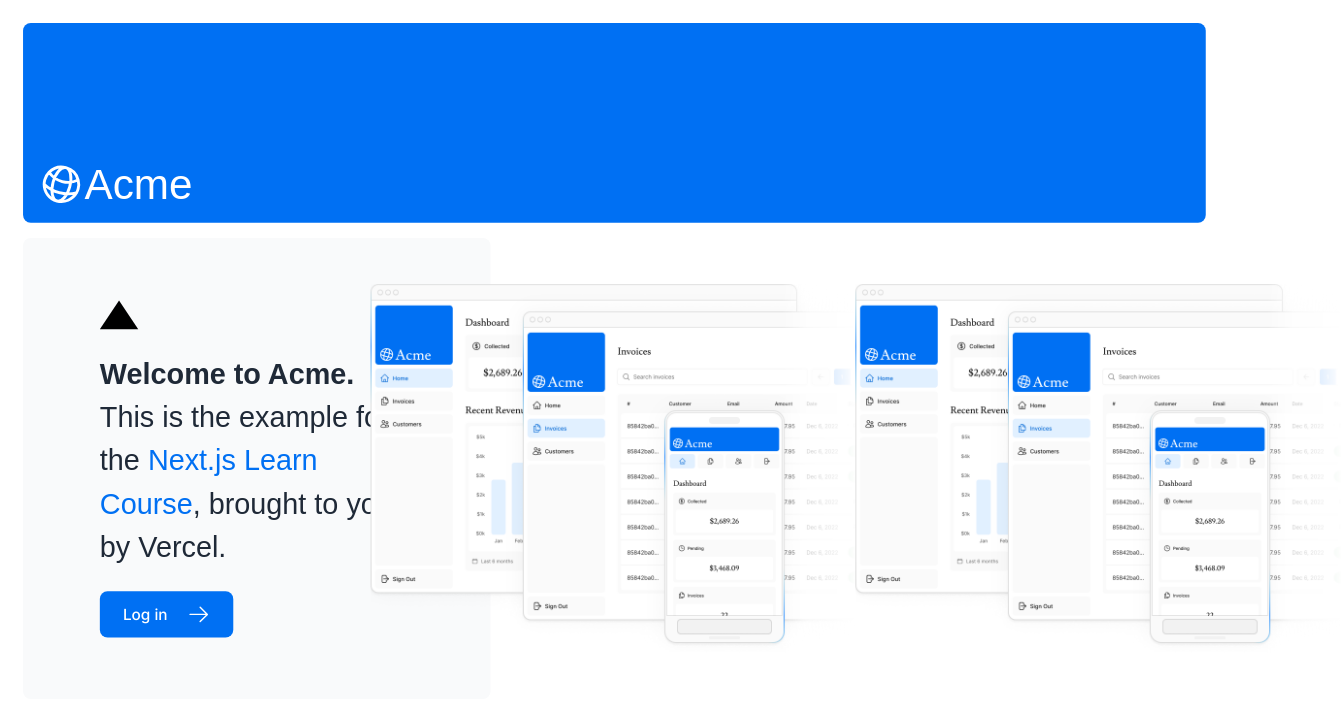
Repository: msjrdev/nextjs-dashboard
Page: /
An editor plug-in stored every save of this project. The page is shown before and after the next save, followed by the edit.
The browser window is 1280 px wide. The page is 1397 px wide, so the pictures cover 1397 px, including what lies to the right of the window. The pictures show the whole page, at 96% of full size.
Some web fonts or font styles are not loaded; a fallback is used. The project was rebuilt for these pictures with package versions that can differ from the ones it lists, and the page was loaded fresh each time. The framework's server and built-in components were replaced by stand-ins that run in the browser. Also part of the build but not shown: next.config.js.

Above is the page before, as saved 2024-01-04 22:16:26.

After the next save:
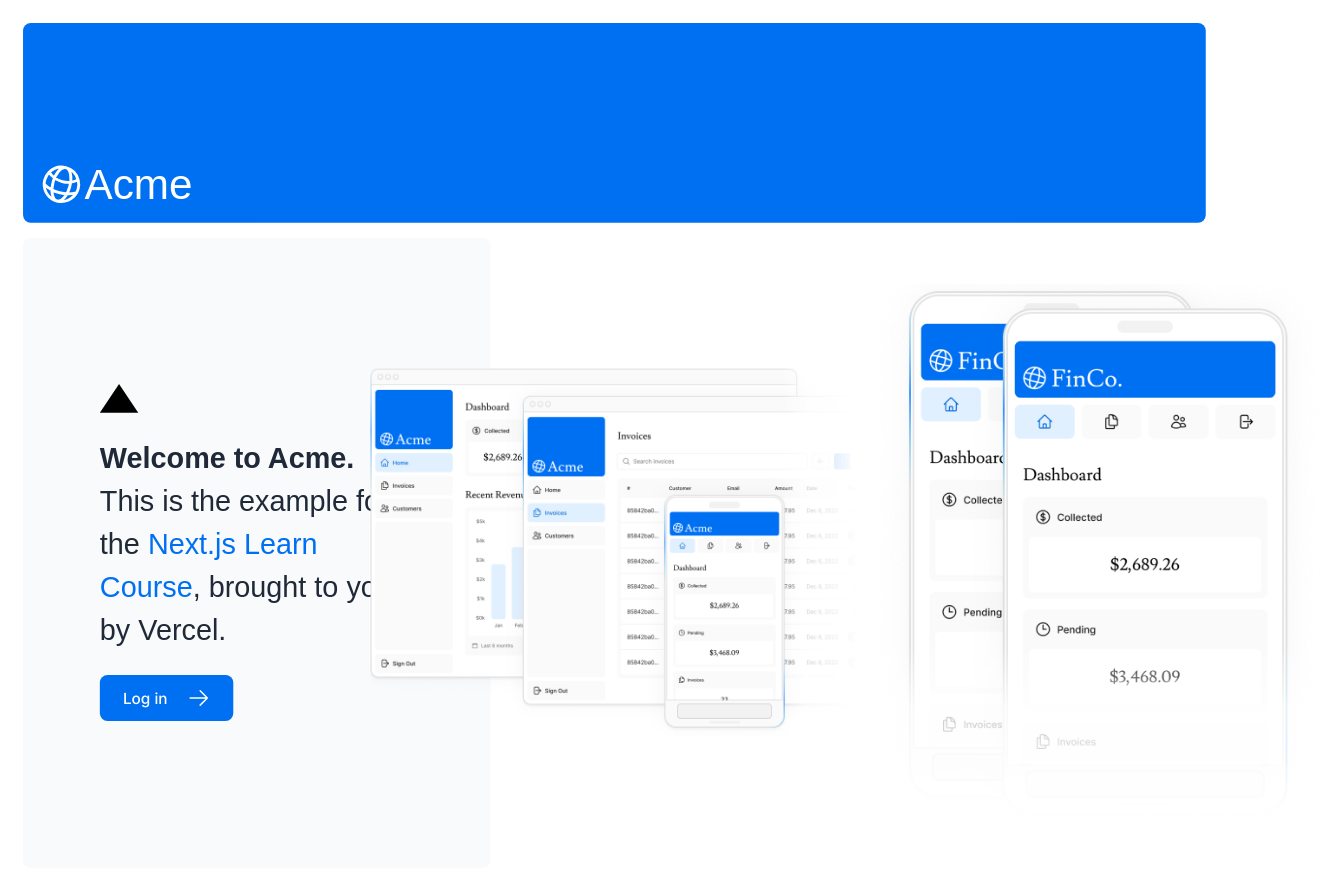
Saved 10 s later.
--- a/app/page.tsx
+++ b/app/page.tsx
@@ -38,7 +38,7 @@
             alt="Screenshots of the dashboard project showing desktop version"
           />
           <Image
-            src="/hero-desktop.png"
+            src="/hero-mobile.png"
             width={1000}
             height={760}
             className="hidden md:block"
